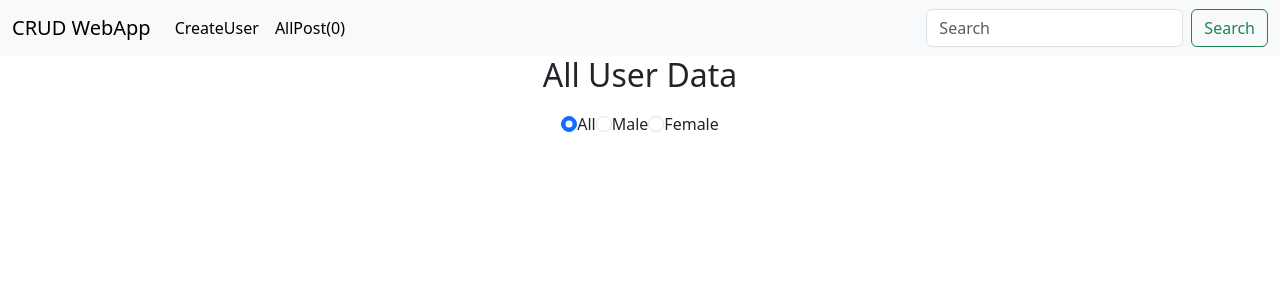
Repository: suraj-yadav7/createpost-redux
Page: /read
An editor plug-in stored every save of this project. The page is shown before and after the next save, followed by the edit.
The browser window is 1280 px wide. The pictures show the whole page.
The page's requests for data from a server got no answer. The project was rebuilt for these pictures with package versions that can differ from the ones it lists, and the page was loaded fresh each time. No one was signed in, and anything a server would have sent is missing. Also part of the build but not shown: vite.config.js, src/App.css, src/assets/viewuser.css, src/components/ViewUser.jsx, src/components/UpdateUser.jsx, src/components/CreateData.jsx, src/index.css.

Above is the page before, as saved 2023-05-25 23:27:45.

### index.html
<!DOCTYPE html>
<html lang="en">
  <head>
    <meta charset="UTF-8" />
    <link rel="icon" type="image/svg+xml" href="/vite.svg" />
    <meta name="viewport" content="width=device-width, initial-scale=1.0" />
    <link href="https://cdn.jsdelivr.net/npm/bootstrap@5.3.0-alpha3/dist/css/bootstrap.min.css" rel="stylesheet" integrity="sha384-KK94CHFLLe+nY2dmCWGMq91rCGa5gtU4mk92HdvYe+M/SXH301p5ILy+dN9+nJOZ" crossorigin="anonymous">
    <title>CRUD WebApp</title>
  </head>
  <body>
    <div id="root"></div>
    <script type="module" src="/src/main.jsx"></script>
    <script src="https://cdn.jsdelivr.net/npm/bootstrap@5.3.0-alpha3/dist/js/bootstrap.bundle.min.js" integrity="sha384-ENjdO4Dr2bkBIFxQpeoTz1HIcje39Wm4jDKdf19U8gI4ddQ3GYNS7NTKfAdVQSZe" crossorigin="anonymous"></script>
  </body>
</html>
  </body>
</html>

### src/main.jsx
import React from 'react'
import ReactDOM from 'react-dom/client'
import App from './App.jsx'
import './index.css'
import { Provider } from 'react-redux'
import store from "./store/store.jsx"
import { Auth0Provider } from "@auth0/auth0-react";

ReactDOM.createRoot(document.getElementById('root')).render(
  <Auth0Provider
  domain="dev-f0vrvzicx3fqszs1.us.auth0.com"
  clientId="TATqhhZI6gkrUFpzIdMG64wIT1x1fYov"
  authorizationParams={{
    redirect_uri: window.location.origin
  }}
>
  <Provider store={store}>
    <App />
  </Provider>
  </Auth0Provider>,
)

### src/App.jsx
import React, { useState } from 'react'
import './App.css'
import Navbar from './components/Navbar'
import Read from './components/Read'
import UpdateUser from "./components/UpdateUser"
import { BrowserRouter as Router,Routes,Route } from 'react-router-dom'
import CreateData from './components/CreateData.jsx'

function App() {

  return (
    <>
    <Router>
    <Navbar />
    <Routes>
    <Route exact path="/" element={<CreateData />} />
    <Route exact path="/read" element={<Read />} />
    <Route exact path="/edit/:id" element={<UpdateUser />} />
    </Routes>
    </Router>
    </>
  )
}

export default App

### src/store/store.jsx
import { configureStore } from "@reduxjs/toolkit";
import userDetail from "./slice/userDetail"

const store = configureStore({
    reducer:{
        users:userDetail
    }
})

export default store;

### src/components/Navbar.jsx
import React, { useEffect, useState } from 'react'
import { useSelector } from 'react-redux'
import { Link } from 'react-router-dom'
import { useDispatch } from 'react-redux'
import {searchUser} from  '../store/slice/userDetail'

const Navbar = () => {
  const allusers = useSelector((state)=>state.users.user)
  const [searchVal, setSearchVal] = useState("")
  const dispatch = useDispatch()
  console.log("The search val", searchVal)
  useEffect(()=>{
    dispatch(searchUser(searchVal))

  },[searchVal])
  return (
    <>
      <nav className="navbar navbar-expand-lg bg-body-tertiary">
        <div className="container-fluid">
          <Link to="/" className="navbar-brand" >CRUD WebApp</Link>
          <button className="navbar-toggler" type="button" data-bs-toggle="collapse" data-bs-target="#navbarSupportedContent" aria-controls="navbarSupportedContent" aria-expanded="false" aria-label="Toggle navigation">
            <span className="navbar-toggler-icon"></span>
          </button>
          <div className="collapse navbar-collapse" id="navbarSupportedContent">
            <ul className="navbar-nav me-auto mb-2 mb-lg-0">
              <li className="nav-item">
                <Link to="/" className="nav-link active" aria-current="page" >CreateUser</Link>
              </li>
              <li className="nav-item">
                <Link to="/read" className="nav-link active" >AllPost({allusers.length})</Link>
              </li>
            </ul>
            <form className="d-flex" role="search">
              <input className="form-control me-2" type="search" onChange={(e)=>setSearchVal(e.target.value)} placeholder="Search" aria-label="Search" />
              <button className="btn btn-outline-success" type="submit">Search</button>
            </form>
          </div>
        </div>
      </nav>
    </>
  )
}

export default Navbar

### src/components/Read.jsx
import React, { useEffect, useState } from 'react'
import { showUser,deleteUser } from '../store/slice/userDetail';
import { useSelector, useDispatch  } from 'react-redux';
import ViewUser from './ViewUser';
import UpdateUser  from "./UpdateUser"
import { Link, Navigate } from 'react-router-dom';

const Read = () => {
    // view state
    const [id, setId] = useState()
    const [showPop, setShowPop] = useState(false)

    // update state
    const [upId, setUpId]  = useState()

    // radio button
    const [genderData, setGenderData] = useState('all')

    const userData = useSelector((state)=>state.users.user)
    const searchData =useSelector((state)=> state.users.searchValue)
    const dispatch = useDispatch()



    useEffect(()=>{
        dispatch(showUser())
    },[])

    return (
        <>
       { showPop && <ViewUser id={id}  setShow={setShowPop}/> }
        <div >
        <h2 style={{textAlign:"center"}}>All User Data</h2>
        <div className='genderRadio' style={{textAlign:"center",padding:"10px"}}>
        <input className='form-check-input' name="gender" value="all" onChange={(e)=>setGenderData(e.target.value)} type='radio' checked={ genderData === "all"}/>
        <lable className="form-check-label">All</lable>
        <input className='form-check-input' name="gender" value="male" onChange={(e)=>setGenderData(e.target.value)} type='radio' checked={genderData==="male"}/>
        <lable className="form-check-label">Male</lable>
        <input className='form-check-input' name="gender" value="female" onChange={(e)=>setGenderData(e.target.value)} type='radio' checked={genderData==="female"}/>
        <lable className="form-check-label">Female</lable>
        </div>
        {
             userData && userData.filter((elem)=> {
                if(searchData.length===0){
                    return elem
                }
                else{
                    return elem.name.toLowerCase().includes(searchData.toLowerCase())
                }
             }) && userData.filter((elem)=>{
                if(genderData === "male"){
                    return elem.gender === genderData
                }
                if(genderData === "female"){
                    return elem.gender === genderData
                }
                else{
                    return elem
                }
             })
             .map((data)=>(
                <div className="card w-50 mx-auto" key={data.id} >
                <div className="card-body">
                    <h6 className="card-title">User Details</h6>

                    <h6 className="card-subtitle mb-2 text-body-secondary">Name: {data.name}</h6>
                    <p className="card-text">Email : {data.email}</p>
                    <p className="card-text">Age : {data.age}</p>
                    <p className="card-text">Gender : {data.gender}</p>
                    <button  className="card-link"  onClick={()=>{setShowPop(true), setId(data.id)}}>View</button>
                    <button  className="card-link"  ><Link to={`/edit/${data.id}`}>Edit</Link></button>
                    <button  className="card-link"  onClick={()=>dispatch(deleteUser(data.id))}>Delete</button>
                </div>
                </div>

        ))}

        </div>

        </>
    )
};

export default Read;

### src/store/slice/userDetail.jsx
import { createSlice, createAsyncThunk } from "@reduxjs/toolkit";

// Creating a user
export const createUser = createAsyncThunk("createUser", async(data, {rejectWithValue})=>{
    let response = await fetch("https://646273424dca1a661346b571.mockapi.io/crud",{
    method:"POST",
    headers:{
        "content-type":"application/json"
    },
    body:JSON.stringify(data)
                })

    try{
        let apiData = await response.json()
        console.log("The dat in createuser", apiData)
        return apiData
    }
    catch(error){
        rejectWithValue(error)
    }
} )

// reading user data in allUser page
export const showUser = createAsyncThunk("showUser", async(arg,{rejectWithValue})=>{
    let response = await fetch("https://646273424dca1a661346b571.mockapi.io/crud")
    try{
        let apiData = await response.json()
        // console.log("the fetched", apiData)
        return apiData
    }
    catch(error){
        rejectWithValue(error)
    }
})

// Deleting user from database
export const deleteUser = createAsyncThunk("deleteUser", async(id,{rejectWithValue})=>{
    let response = await fetch(`https://646273424dca1a661346b571.mockapi.io/crud/${id}`,{
        method:"DELETE"
    })
    try{
        let apiData = await response.json()
        // console.log("the fetched", apiData)
        return apiData
    }
    catch(error){
        rejectWithValue(error)
    }
})

// Handling update user-data
export const updateUser = createAsyncThunk("editUser", async(data,{rejectWithValue})=>{
    let response = await fetch(`https://646273424dca1a661346b571.mockapi.io/crud/${data.id}`,{
        method:"PUT",
        headers:{
            "content-type":"application/json"
        },
        body:JSON.stringify(data)
                    })
    try{
        let apiData = await response.json()
        // console.log("the fetched", apiData)
        return apiData
    }
    catch(error){
        rejectWithValue(error)
    }
})

const userDetail= createSlice({
    name:"userDetail",
    initialState:{
        user:[],
        loading:false,
        error:null,
        searchValue:"",
        genderValue:"",
        favouriteData:[]
    },

    reducers:{
        searchUser(state,action){
            state.searchValue=action.payload
        },

        genderShow(state,action){
            state.genderValue=action.payload
        },


    },


    extraReducers:{
        // handling create new user
        [createUser.pending]:(state)=>{
            state.loading=true
        },
        [createUser.fulfilled]:(state,action)=>{
            state.user.push(action.payload)
        },
        [createUser.rejected]:(state,action)=>{
            state.error=action.payload.message
        },
        // handling show user
        [showUser.pending]:(state)=>{
            state.loading=true
        },
        [showUser.fulfilled]:(state,action)=>{
            state.user= action.payload

        },
        [showUser.rejected]:(state,action)=>{
            state.error=action.payload
        },
        // handling delete existing user
        [deleteUser.pending]:(state)=>{
            state.loading=true
        },
        [deleteUser.fulfilled]:(state,action)=>{
            const {id} = action.payload
            if(id){
                state.user=state.user.filter((elem)=>elem.id !== id)
            }

        },
        [deleteUser.rejected]:(state,action)=>{
            state.error=action.payload
        },

        // Handling edit user data
        [updateUser.pending]:(state)=>{
            state.loading=true
        },
        [updateUser.fulfilled]:(state,action)=>{
            if(action.payload.id){
               state.user= state.user.map((elem)=>(
                elem.id === action.payload.id ? action.payload : elem))
            }

        },
        [updateUser.rejected]:(state,action)=>{
            state.error=action.payload
        },
    }

})

export default userDetail.reducer
export const {searchUser,genderShow} = userDetail.actions

After the next save:
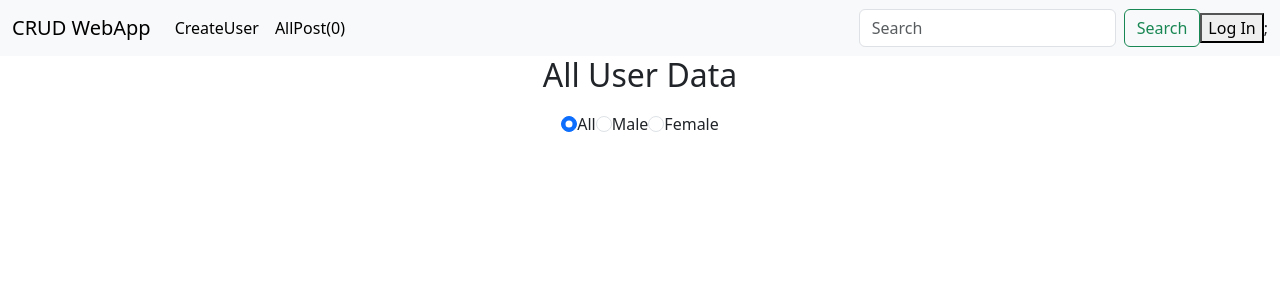
Saved 5 min 30 s later.
--- a/src/components/Navbar.jsx
+++ b/src/components/Navbar.jsx
@@ -3,12 +3,16 @@ import { useSelector } from 'react-redux'
 import { Link } from 'react-router-dom'
 import { useDispatch } from 'react-redux'
 import {searchUser} from  '../store/slice/userDetail'
+import { useAuth0 } from "@auth0/auth0-react";
 
 const Navbar = () => {
   const allusers = useSelector((state)=>state.users.user)
   const [searchVal, setSearchVal] = useState("")
   const dispatch = useDispatch()
   console.log("The search val", searchVal)
+
+  const { loginWithRedirect } = useAuth0();
+
   useEffect(()=>{
     dispatch(searchUser(searchVal))
 
@@ -34,6 +38,7 @@ const Navbar = () => {
               <input className="form-control me-2" type="search" onChange={(e)=>setSearchVal(e.target.value)} placeholder="Search" aria-label="Search" />
               <button className="btn btn-outline-success" type="submit">Search</button>
             </form>
+            <button onClick={() => loginWithRedirect()}>Log In</button>;
           </div>
         </div>
       </nav>
